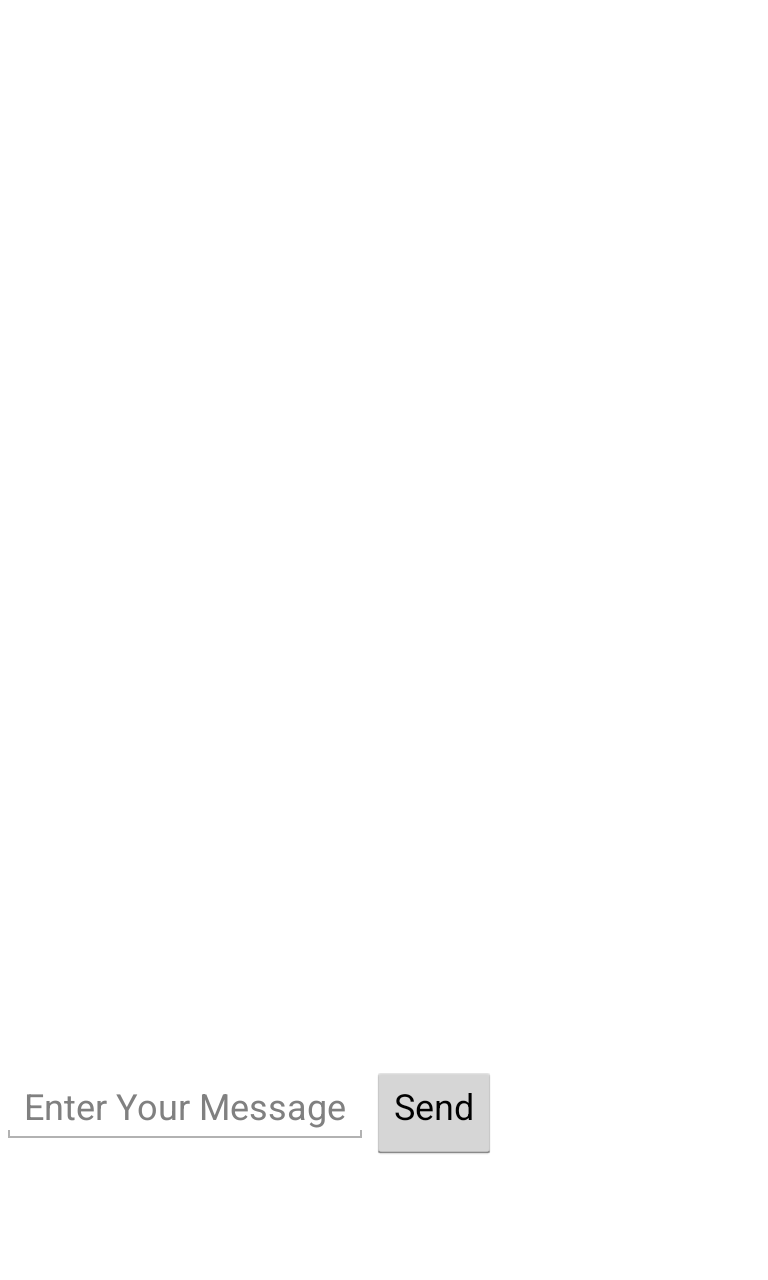
Repository: akshaysoam8/Messenger
Layout: Messenger/Messenger/res/layout/chat_message_send.xml
These files come from the project's save history. The layout is drawn as it stood at one moment and after the next save; the edit follows.
It is drawn on a 768 x 1280 px phone screen (xhdpi) without system bars, with theme AppTheme; the app's code is not run. Lists and similar views that code fills are empty.

Above is the layout before, as saved 2014-09-12 21:38:03.

After the next save:
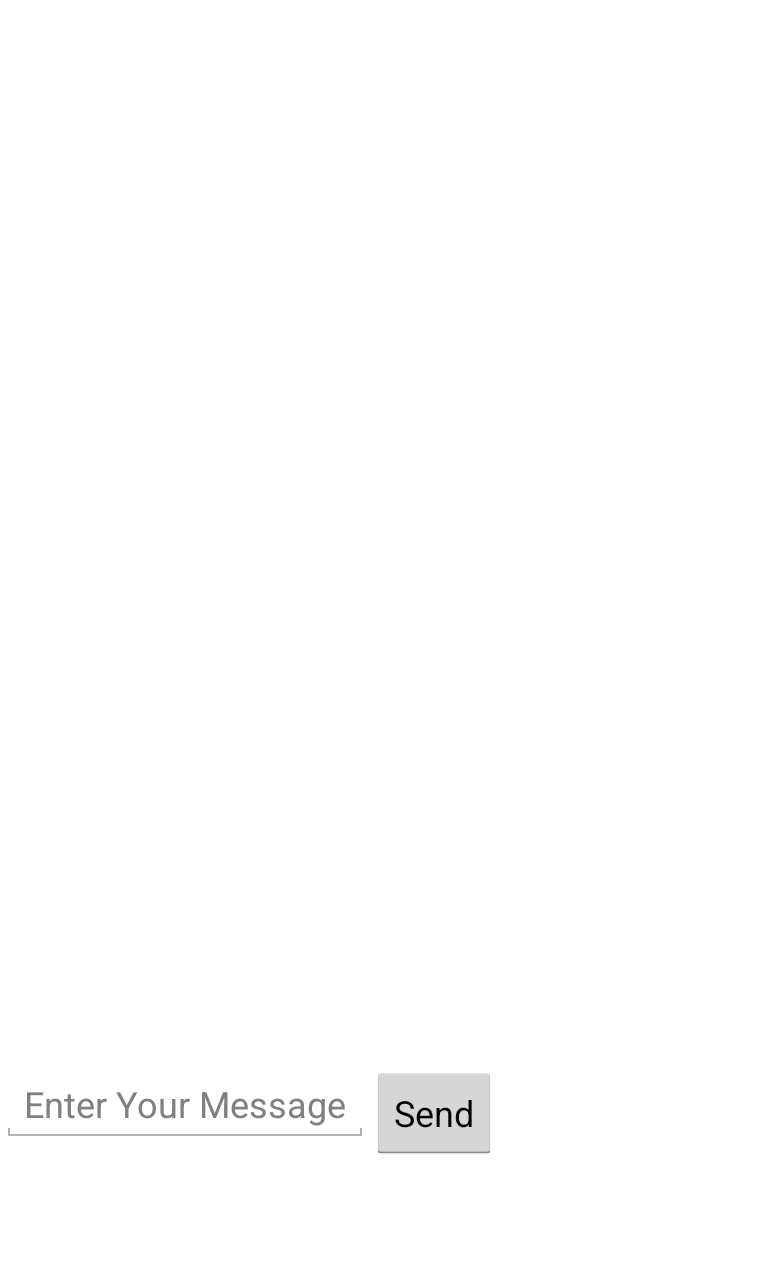
Saved 17 s later.
--- a/Messenger/Messenger/res/layout/chat_message_send.xml
+++ b/Messenger/Messenger/res/layout/chat_message_send.xml
@@ -23,7 +23,6 @@
         android:layout_width="match_parent"
         android:layout_height="wrap_content"
         android:layout_weight="1"
-        android:layout_gravity="right"
         android:orientation="horizontal" >
 
         <EditText
@@ -36,7 +35,7 @@
             android:id="@+id/btn_send"
             android:layout_width="wrap_content"
             android:layout_height="wrap_content"
-            android:gravity="right"
+            android:layout_gravity="right"
             android:text="Send" >
         </Button>
     </LinearLayout>
